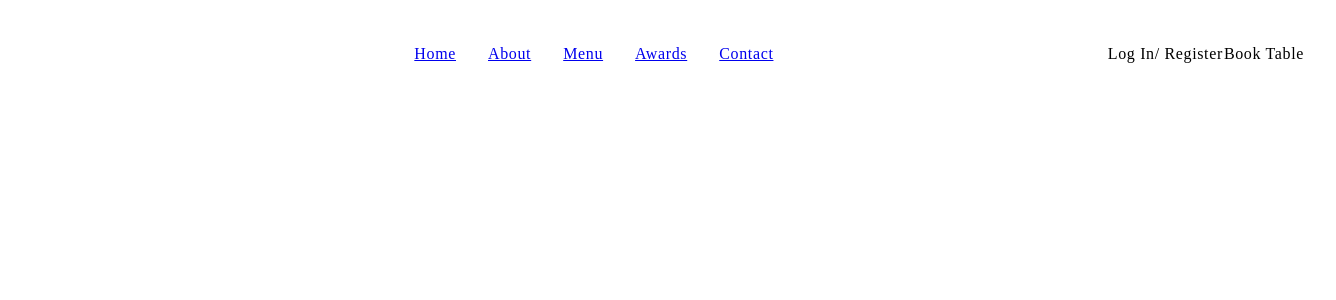
Repository: remydev47/restaurant
Page: /
The author's editor kept a copy of each file at every save. The page is drawn from the files as they stood at one save, then again after the next save.
The browser window is 1280 px wide. The page is 1336 px wide, so the pictures cover 1336 px, including what lies to the right of the window. The pictures show the whole page.
The project was rebuilt for these pictures with package versions that can differ from the ones it lists, and the page was loaded fresh each time. Also part of the build but not shown: src/container/AboutUs/AboutUs.css, src/container/AboutUs/AboutUs.jsx, src/container/Chef/Chef.css, src/container/Chef/Chef.jsx, src/container/Findus/FindUs.jsx, src/container/Footer/Footer.jsx, src/container/Gallery/Gallery.jsx, src/container/Header/Header.css and 10 more.

Above is the page before, as saved 2022-03-15 10:44:18.

After the next save:
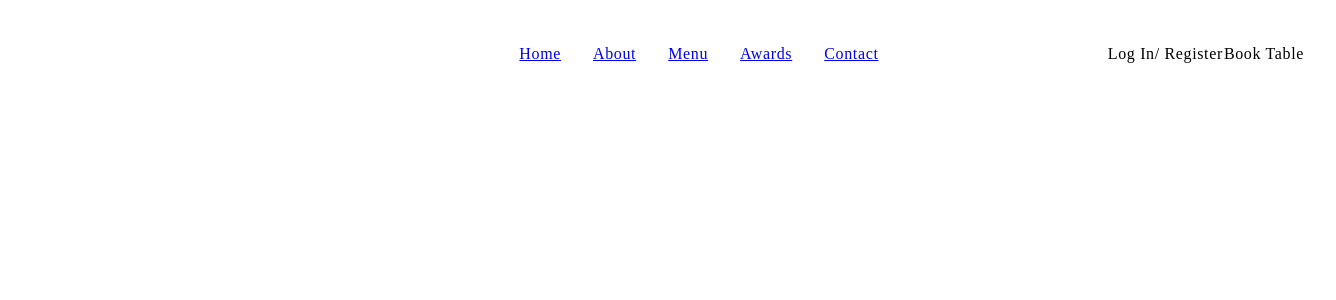
Saved 86 s later.
--- a/src/components/Navbar/Navbar.jsx
+++ b/src/components/Navbar/Navbar.jsx
@@ -10,7 +10,7 @@ const Navbar = () => {
   return(
   <nav className="app__navbar">
     <div className="app__navbar-logo">
-
+     <img src={images.gericht} alt="app logo"/>
     </div>
     <ul className="app__navbar-links">
       <li className="p__opensans"><a href="#home">Home</a></li>
